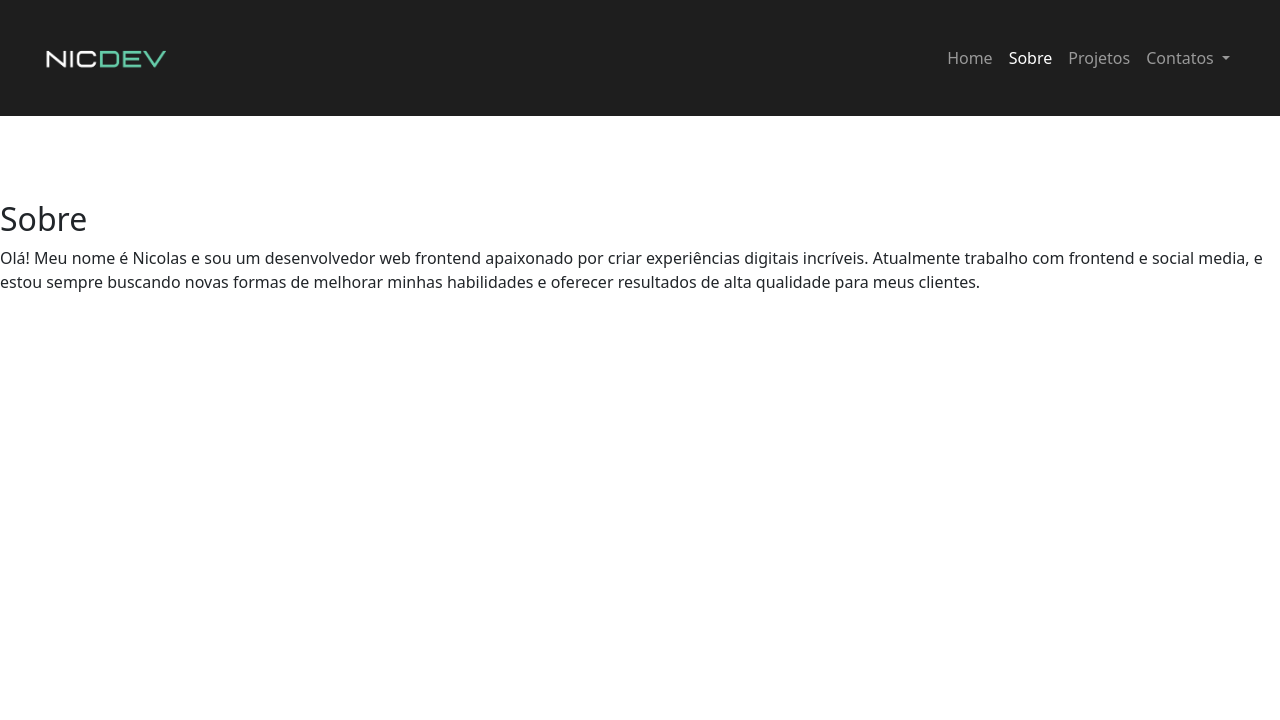
Repository: Leonngc/nicdev
Page: about.html
An editor plug-in stored every save of this project. The page is shown before and after a run of saves, followed by the edit.
The browser window is 1280 px wide. The pictures show the whole page.
Some web libraries are served in a nearby version.

Above is the page before, as saved 2023-04-15 17:20:46.

### about.html
<html lang="pt-br">
<head>
    <meta charset="UTF-8">
    <meta http-equiv="X-UA-Compatible" content="IE=edge">
    <meta name="viewport" content="width=device-width, initial-scale=1.0">
    <title>nicdev - Sobre</title>
    <link href="https://cdn.jsdelivr.net/npm/bootstrap@5.0.2/dist/css/bootstrap.min.css" rel="stylesheet" integrity="sha384-EVSTQN3/azprG1Anm3QDgpJLIm9Nao0Yz1ztcQTwFspd3yD65VohhpuuCOmLASjC" crossorigin="anonymous">
    <link rel="stylesheet" href="styles/scrollbar.css">
    <link rel="stylesheet" href="styles/about.css">
</head>
<body>

<header style="background-color: #1e1e1e; padding: 30px;" class="fixed-top">

        <nav class="navbar navbar-expand-lg navbar-dark">
            <div class="container-fluid">
              <a class="navbar-brand" href="index.html"><img src="images/nicdev-logo.png" alt="logo da NicDev" style="width: 130px"></a>
              <button class="navbar-toggler" type="button" data-bs-toggle="collapse" data-bs-target="#navbarNavDropdown" aria-controls="navbarNavDropdown" aria-expanded="false" aria-label="Toggle navigation">
                <span class="navbar-toggler-icon"></span>
              </button>
              <div class="collapse navbar-collapse justify-content-end" id="navbarNavDropdown">
                <ul class="navbar-nav ">
                  <li class="nav-item">
                    <a class="nav-link" href="index.html" target="_parent">Home</a>
                  </li>
                  <li class="nav-item">
                    <a class="nav-link active disabled" href="#">Sobre</a>
                  </li>
                  <li class="nav-item">
                    <a class="nav-link" href="projects.html" target="_parent">Projetos</a>
                  </li>

                  <li class="nav-item dropdown">
                    <a class="nav-link dropdown-toggle" href="#" id="navbarDropdownMenuLink" role="button" data-bs-toggle="dropdown" aria-expanded="false">
                      Contatos
                    </a>
                    <ul class="dropdown-menu" aria-labelledby="navbarDropdownMenuLink">
                      <li><a class="dropdown-item" href="#">WhatsApp <img src="images/whatsapp.png" alt="" class="redes-logo"></a></li>
                      <li><a class="dropdown-item" href="#">Email <img src="images/gmail (1).png" alt="" class="redes-logo"></a></li>
                      <li><a class="dropdown-item" href="#">Linkedin <img src="images/linkedin.png" alt="" class="redes-logo"></a></li>
                    </ul>
                  </li>
                </ul>
              </div>
            </div>
          </nav>
</header>


<main>

<h2>Sobre</h2>
<p>Olá! Meu nome é Nicolas e sou um desenvolvedor web frontend apaixonado por criar experiências digitais incríveis. Atualmente trabalho com frontend e social media, e estou sempre buscando novas formas de melhorar minhas habilidades e oferecer resultados de alta qualidade para meus clientes.</p>
<img src="" alt="">
</main>

    <script src="https://cdn.jsdelivr.net/npm/bootstrap@5.0.2/dist/js/bootstrap.bundle.min.js" integrity="sha384-MrcW6ZMFYlzcLA8Nl+NtUVF0sA7MsXsP1UyJoMp4YLEuNSfAP+JcXn/tWtIaxVXM" crossorigin="anonymous"></script>
</body>
</html>

### styles/scrollbar.css
body{
    overflow-x: hidden;
}
body::-webkit-scrollbar {
    width: 6px;               /* width of the entire scrollbar */
  }

  body::-webkit-scrollbar-track {
    background: rgb(5, 5, 5);        /* color of the tracking area */
  }

  body::-webkit-scrollbar-thumb {
    background-color: #4BC6B9;    /* color of the scroll thumb */
    border-radius: 20px;       /* roundness of the scroll thumb */
  }

  .redes-logo{
    width: 30px;
    padding: 6px;
  }

### styles/about.css
@import url('https://fonts.googleapis.com/css2?family=Bebas+Neue&display=swap'); /* CDN GOOGLE  FONT */
@import url('https://cdn-uicons.flaticon.com/uicons-solid-straight/css/uicons-solid-straight.css'); /* CDN ICON*/
@font-face {
    font-family: Lastica;
    src: url(../fonts/instrg.ttf)
}

*{
    max-width: 100vw;
}

:root{
 --bebas-neue : 'Bebas Neue', cursive;
}

main{
    margin-top: 200px;
}

body{
    max-width: 100vw;
    overflow-x: hidden;
}

After the next 2 saves:
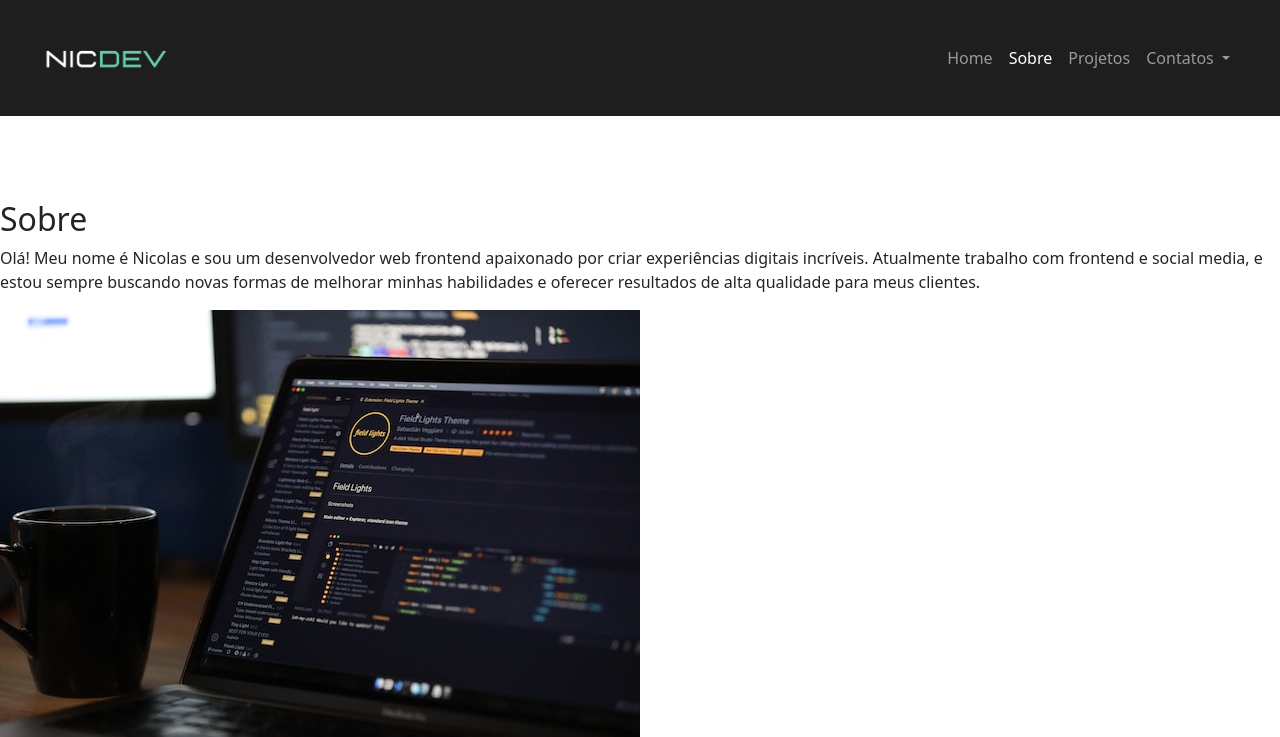
The 2 saves are shown as one change because they came seconds apart.
The last was saved 10 min 51 s later.
--- a/about.html
+++ b/about.html
@@ -51,7 +51,7 @@
 
 <h2>Sobre</h2>
 <p>Olá! Meu nome é Nicolas e sou um desenvolvedor web frontend apaixonado por criar experiências digitais incríveis. Atualmente trabalho com frontend e social media, e estou sempre buscando novas formas de melhorar minhas habilidades e oferecer resultados de alta qualidade para meus clientes.</p>
-<img src="" alt="">
+<img src="images/desktopcode.jpg" alt="">
 </main>
 
     <script src="https://cdn.jsdelivr.net/npm/bootstrap@5.0.2/dist/js/bootstrap.bundle.min.js" integrity="sha384-MrcW6ZMFYlzcLA8Nl+NtUVF0sA7MsXsP1UyJoMp4YLEuNSfAP+JcXn/tWtIaxVXM" crossorigin="anonymous"></script>
